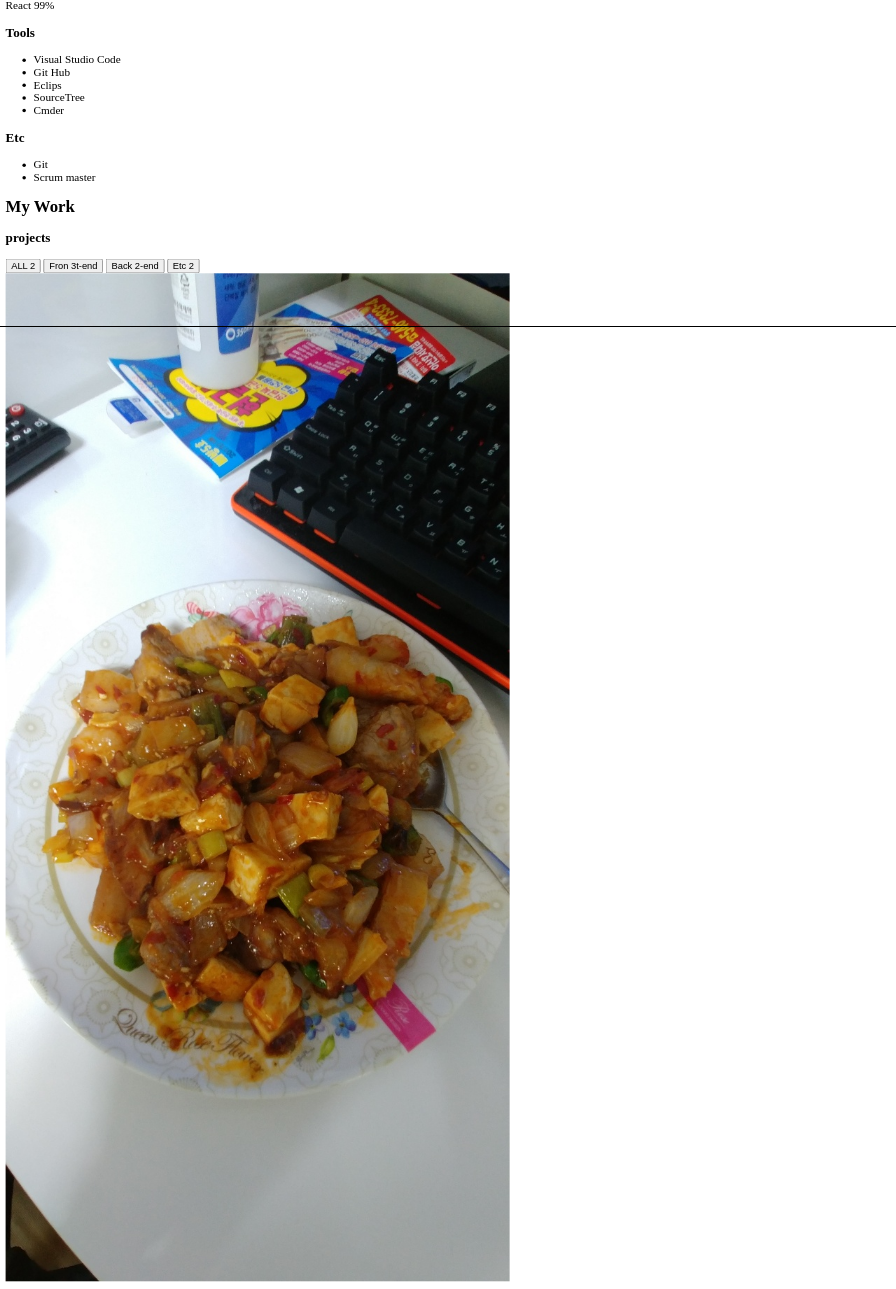
Repository: DevMinwoo-Jung/Portfolio
Page: index.html
These files come from the project's save history. The page is drawn as it stood at one moment and after the next save; the edit follows.
The browser window is 1280 px wide. The pictures show the part of the page from y = 2439 to 4359 px (the page is 4281 px tall before and 4359 px after), at 70% of full size.
Some web libraries are served in a nearby version.

Above is the page before, as saved 2021-03-22 14:03:31.

### index.html
<!DOCTYPE html>
<html lang="en">
<head>
  <meta charset="UTF-8">
  <meta http-equiv="X-UA-Compatible" content="IE=edge">
  <meta name="viewport" content="width=device-width, initial-scale=1.0">
  <title>Minwoo's Portfolio</title>
  <meta name="description" content="Portfolio for FrontEnd software enginner Minwoo">
  <meta name="author" content="Minwoo">
  <link rel="stylesheet" href="https://pro.fontawesome.com/releases/v5.10.0/css/all.css" integrity="sha384-AYmEC3Yw5cVb3ZcuHtOA93w35dYTsvhLPVnYs9eStHfGJvOvKxVfELGroGkvsg+p" crossorigin="anonymous"/>
  <link rel="icon" type="image/png" href="imgs/favicon.png" />
  <i class="fas fa-address-card"></i>
  <link rel="preconnect" href="https://fonts.gstatic.com">
<link href="https://fonts.googleapis.com/css2?family=Open+Sans:wght@400;600;700&display=swap" rel="stylesheet">
<!-- font-family: 'Open Sans', sans-serif; -->
<link rel="stylesheet" href="style.css">
<script src="main.js" defer></script>
</head>
<body>
  <!-- Navbar -->
  <nav id="navbar">
    <div class="navbar__logo"></div>
    <i class="fas fa-archway"></i>
    <a href="#">Minwoo</a>
      <ul class="navbar__menu">
        <li class="navbar__menu__item">Home</li>
        <li class="navbar__menu__item">About</li>
        <li class="navbar__menu__item">Skills</li>
        <li class="navbar__menu__item">My work</li>
        <li class="navbar__menu__item">Testmonial</li>
        <li class="navbar__menu__item">Contact</li>
      </ul>
  </nav>
  <!-- Home -->
  <section id="home">
    <img src="imgs/main.png"
         alt="Minwoo's profile photo"
         class="home__avatar"
     />
    <h1 class="home__title">Hello, <br> I'm Minwoo</h1>
    <h2 class="home__description">안녕하세요 FrontEnd 개발자 정민우입니다.</h2>
    <button class="home__contact">Contact Me</button>
  </section>
  <!-- About -->
  <section id="about">
    <h1>About me</h1>
    <p>
      BackEnd enginner로 커리어를 시작했지만 Front-End개발자로 다시 시작하고자 하는 정민우입니다.
    </p>
    <div class="about__majors">
      <div class="major">
        <div class="major__icon">
          <i class="fab fa-js-square"></i>
        </div>
        <div class="major__title">Front-End</div>
        <div class="major__description">
          HTML, CSS, JavaScript, TypeScript,
          <br/> React, Web APIs
        </div>
      </div>
      <div class="major">
        <div class="major__icon">
          <i class="fab fa-js-square"></i>
        </div>
        <div class="major__title">Front-End</div>
        <div class="major__description">
          HTML, CSS, JavaScript, TypeScript,
          <br/> React, Web APIs
        </div>
      </div>
      <div class="major">
        <div class="major__icon">
          <i class="fab fa-js-square"></i>
        </div>
        <div class="major__title">Front-End</div>
        <div class="major__description">
          HTML, CSS, JavaScript, TypeScript,
          <br/> React, Web APIs
        </div>
      </div>
    </div>
    <div class="about__jobs">
      <div class="job">
        <img src="" alt="" class="job__logo">
        <p class="job__name"></p>
        <p class="job__period"></p>
      </div>
      <div class="job"></div>
    </div>
  </section>
  <!-- Skills -->
  <section id="skills">
    <h1>Skills</h1>
    <h2>Skills & Attributes</h2>
    <p>
      orem Ipsum is simply dummy text of the printing and typesetting industry. Lorem Ipsum has been the industry's standard dummy text ever since the 1500s, when an unknown printer took a galley of type and scrambled it to make a type specimen book. It has survived not only five centuries, but also the leap into electronic typesetting, remaining essentially unchanged. It was popularised in the 1960s with the release of Letraset sheets containing Lorem Ipsum passages, and more recently with desktop publishing software like Aldus PageMaker including versions of Lorem Ipsum.
    </p>
    <div class="skillSet">
      <div class="skillset__left">
        <h3 class="skillset__title">Skills</h3>
        <div class="skill">
          <div class="skill_description">
            <span>HTML</span>
            <span>99%</span>
          </div>
          <div class="skill__bar">
            <div class="skill__value"></div>
          </div>
          <div class="skill_description">
            <span>CSS</span>
            <span>99%</span>
          </div>
          <div class="skill__bar">
            <div class="skill__value"></div>
          </div>
          <div class="skill_description">
            <span>JavaScript</span>
            <span>99%</span>
          </div>
          <div class="skill__bar">
            <div class="skill__value"></div>
          </div>
          <div class="skill_description">
            <span>Nodejs</span>
            <span>99%</span>
          </div>
          <div class="skill__bar">
            <div class="skill__value"></div>
          </div>
          <div class="skill_description">
            <span>React</span>
            <span>99%</span>
          </div>
          <div class="skill__bar">
            <div class="skill__value"></div>
          </div>
        </div>
      </div>

      <div class="skillset__right">
        <div class="tools">
          <h3 class="skillset__title">Tools</h3>
          <ul class="tools_list">
            <li><span>Visual Studio Code</span></li>
            <li><span>Git Hub</span></li>
            <li><span>Eclips</span></li>
            <li><span>SourceTree</span></li>
            <li><span>Cmder</span></li>
          </ul>
        </div>
        <div class="etc">
          <h3 class="skillset__title">Etc</h3>
          <ul class="etc__list">
            <li><span>Git</span></li>
            <li><span>Scrum master</span></li>
          </ul>
        </div>
      </div>
    </div>
  </section>
  <!-- Work -->
  <section id="work">
    <h1>My Work</h1>
    <h3>projects</h3>
    <div class="work__categories">
      <button class="category__btn">ALL <span class="category__count">2</span></button>
      <button class="category__btn">Fron <span class="category__count">3</span>t-end</button>
      <button class="category__btn">Back <span class="category__count">2</span>-end</button>
      <button class="category__btn">Etc <span class="category__count">2</span></button>
    </div>

    <div class="work__projects">
      <a href="" class="project" target="blank">
        <img src="imgs/projects/mafa.jpg" alt="">
      </a>
    </div>
  <!-- Testmonials -->
  <section id="testmonials">
  <!-- Contact -->
  <section id="contact"></section>
  </section>
  </section>
  </section>
</body>
</html>

Loaded but not shown: main.js (no stored copy; drawn as an empty file); style.css (no stored copy; drawn as an empty file)

After the next save:
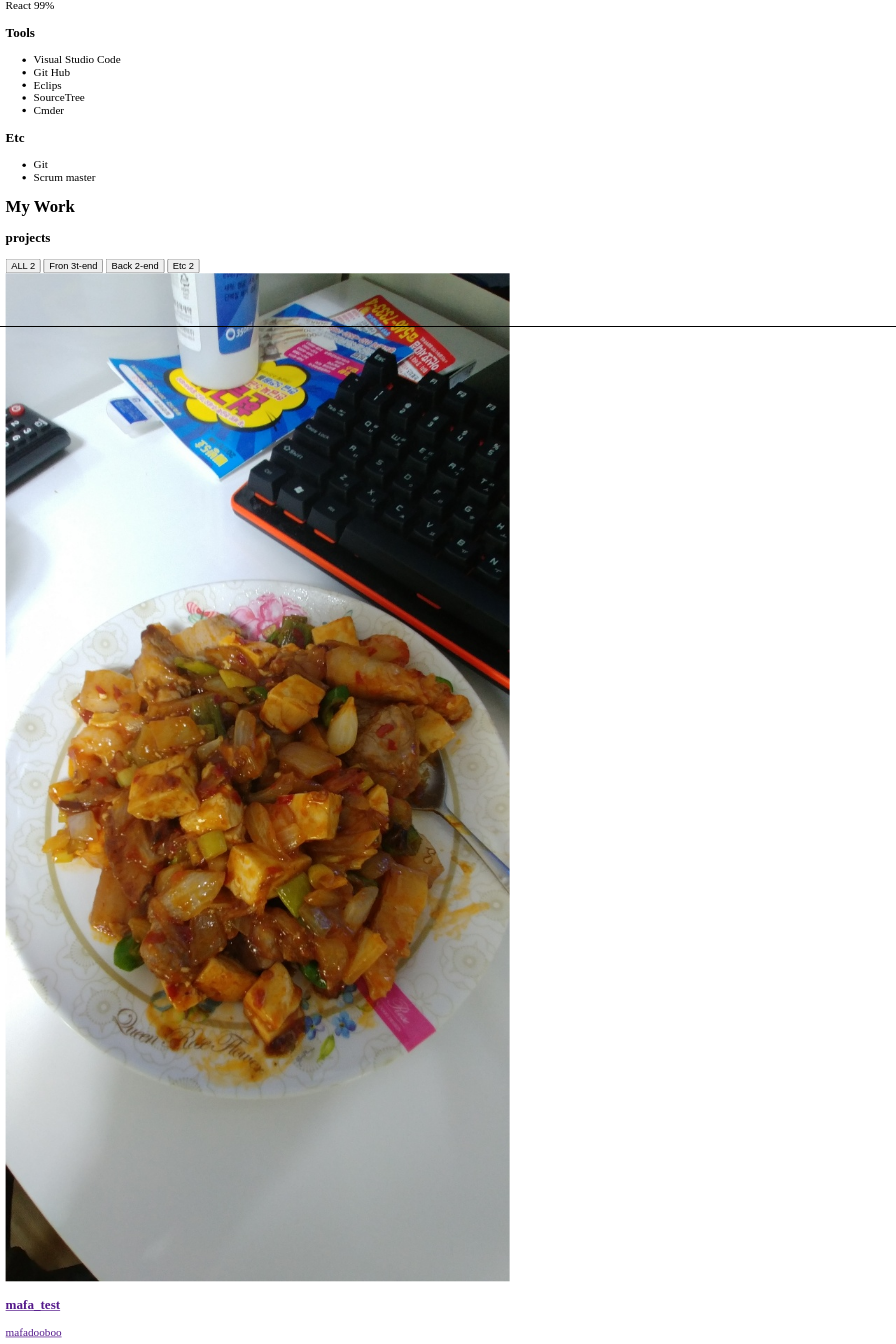
Saved 50 s later.
--- a/index.html
+++ b/index.html
@@ -171,7 +171,11 @@
 
     <div class="work__projects">
       <a href="" class="project" target="blank">
-        <img src="imgs/projects/mafa.jpg" alt="">
+        <img src="imgs/projects/mafa.jpg" alt="mafa">
+        <div class="project__description">
+          <h3>mafa_test</h3>
+          <span>mafadooboo</span>
+        </div>
       </a>
     </div>
   <!-- Testmonials -->
